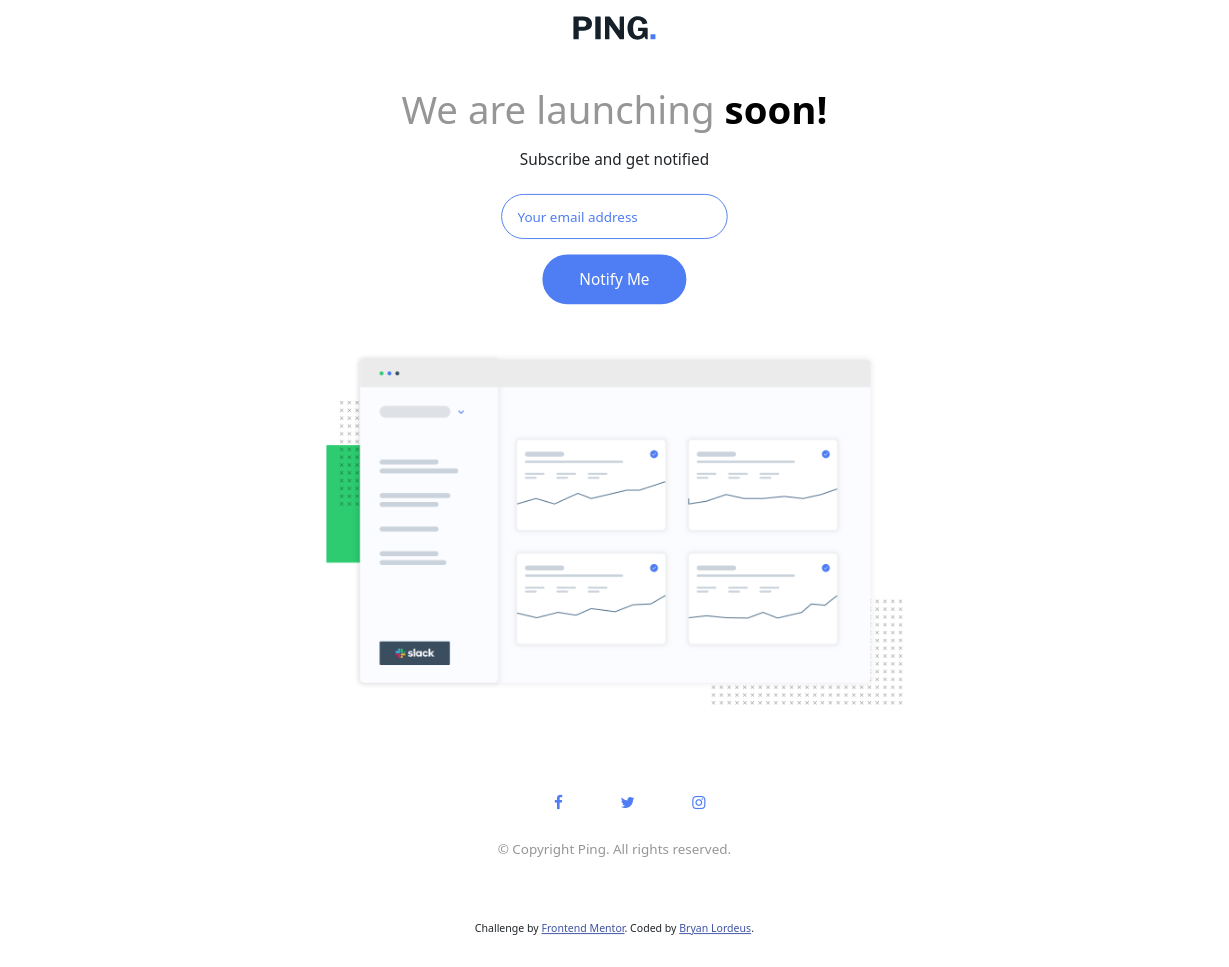
Repository: blordeus/ping-coming-soon-page-master
Page: index.html
The author's editor kept a copy of each file at every save. The page is drawn from the files as they stood at one save, then again after the next save.
The browser window is 1280 px wide. The pictures show the whole page, at 96% of full size.
The style sheet was rebuilt from its Sass, Less or Tailwind sources for each picture, by a compiler version that may differ from the author's.

Above is the page before, as saved 2023-08-31 12:19:19.

After the next save:
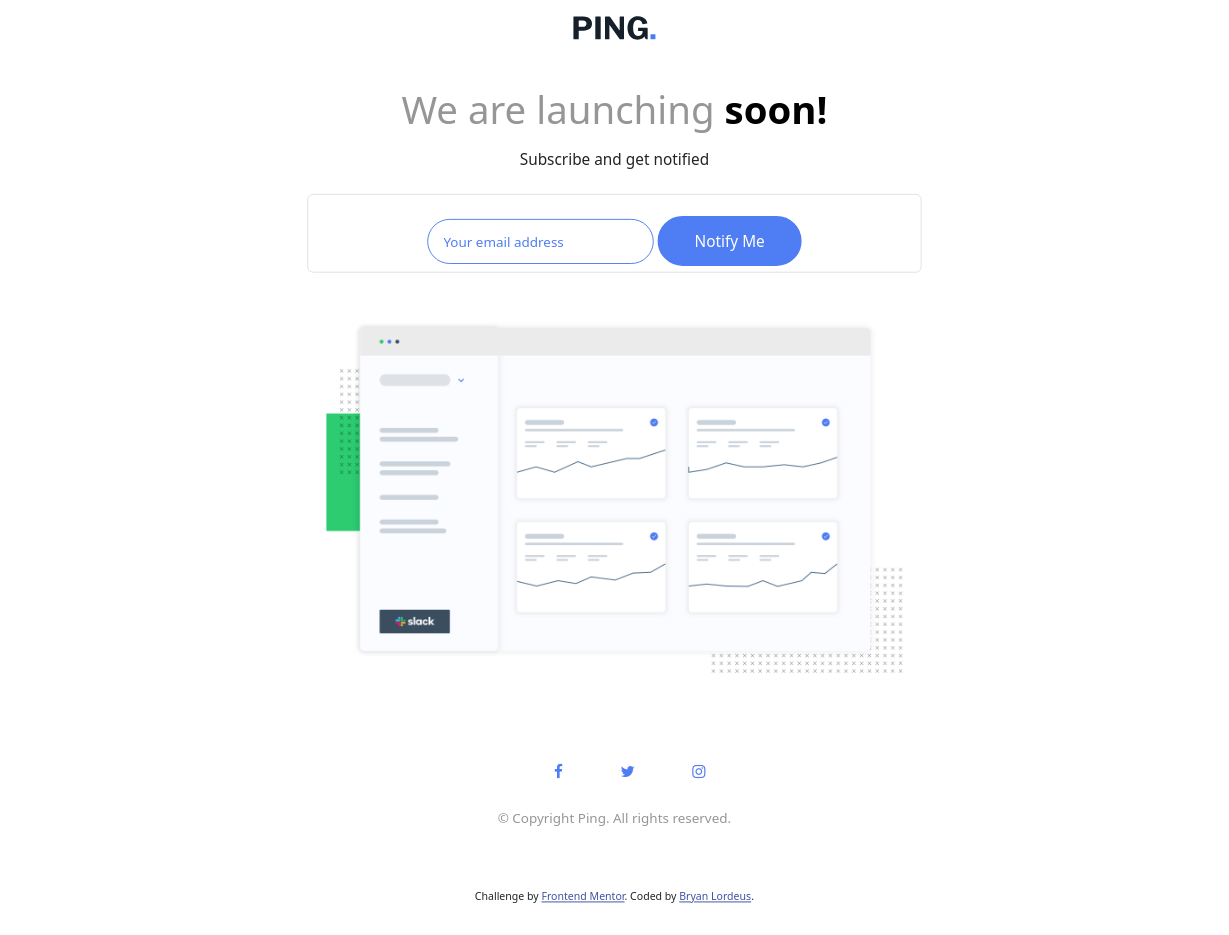
Saved 5 s later.
--- a/index.html
+++ b/index.html
@@ -26,7 +26,7 @@
 
 
     <div>
-      <form class="form control">
+      <form class="form-control">
         <input
         class="rounded-pill px-3"
         type="email"
